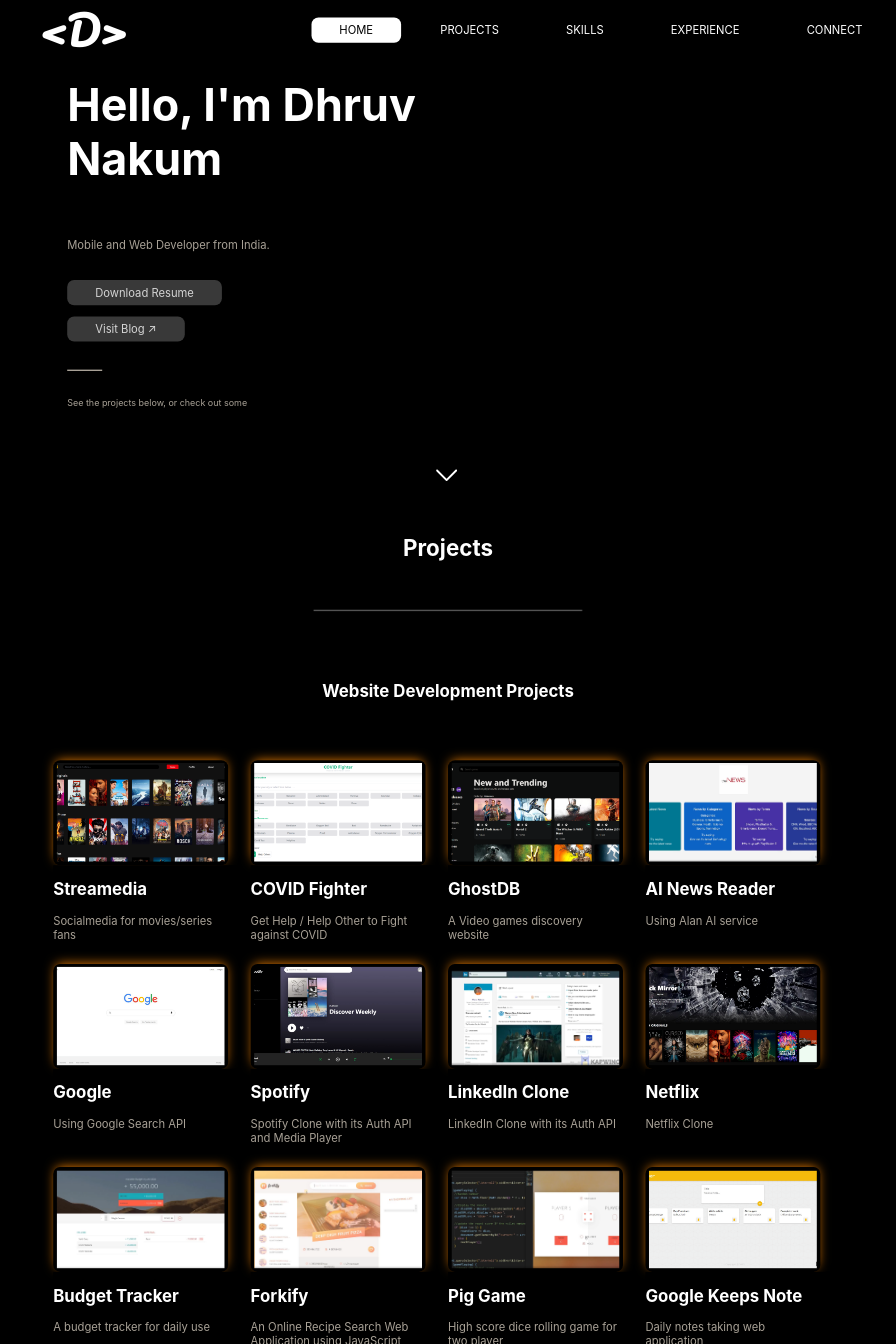
Repository: red-star25/next-portfolio
Page: /
The author's editor kept a copy of each file at every save. The page is drawn from the files as they stood at one save, then again after the next save.
The browser window is 1280 px wide. The pictures show the part of the page from y = 0 to 1920 px (the page is 5386 px tall), at 70% of full size.
The project was rebuilt for these pictures with package versions that can differ from the ones it lists, and the page was loaded fresh each time. The framework's server and built-in components were replaced by stand-ins that run in the browser.

Above is the page before, as saved 2023-11-06 11:21:29.

After the next save:
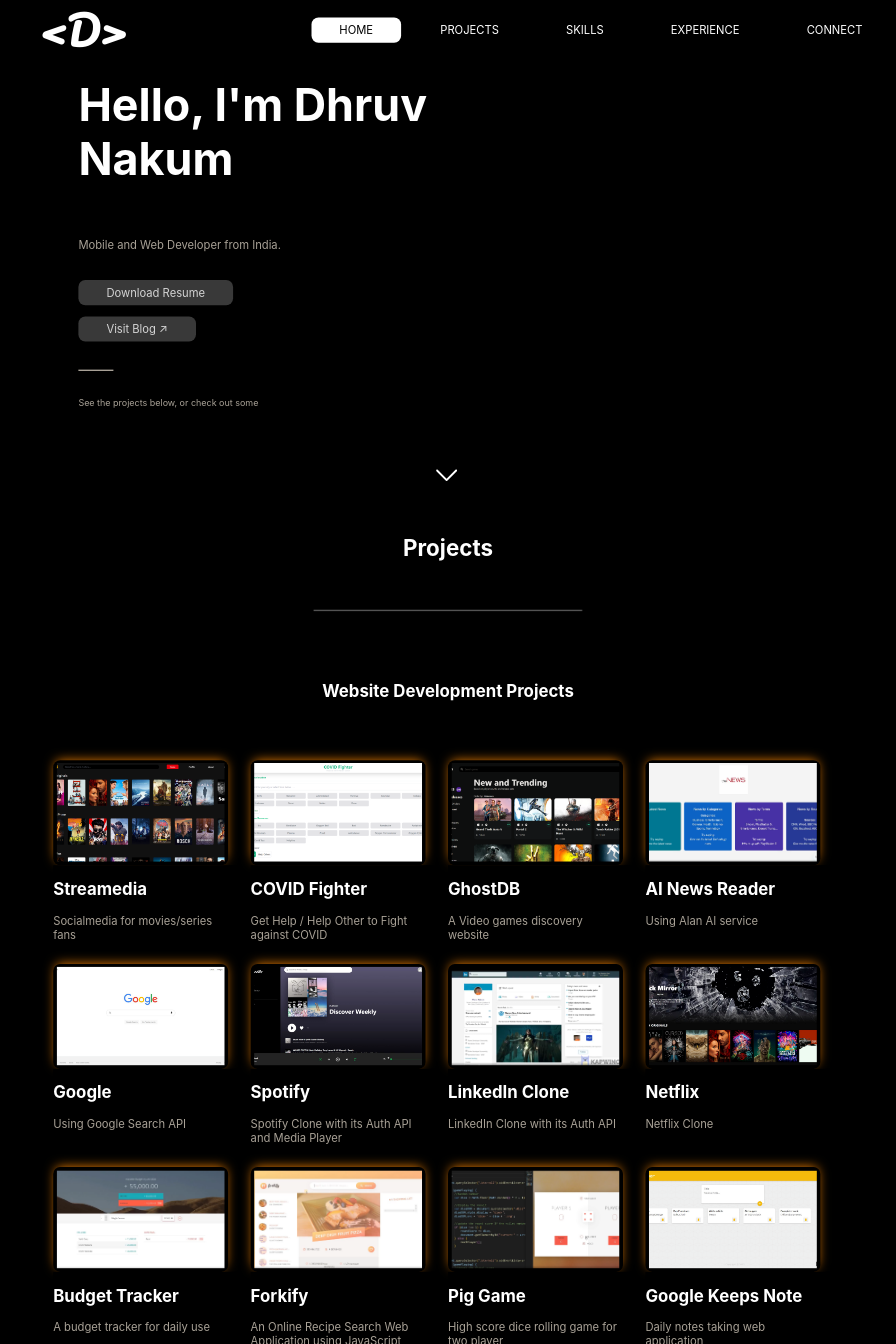
Saved 32 s later.
--- a/styles/Home.module.css
+++ b/styles/Home.module.css
@@ -1,5 +1,5 @@
 .home {
-  margin: 2em 0em 0em 5em;
+  margin: 2em 0em 0em 6em;
   padding: 1em;
   display: flex;
   height: 100%;
